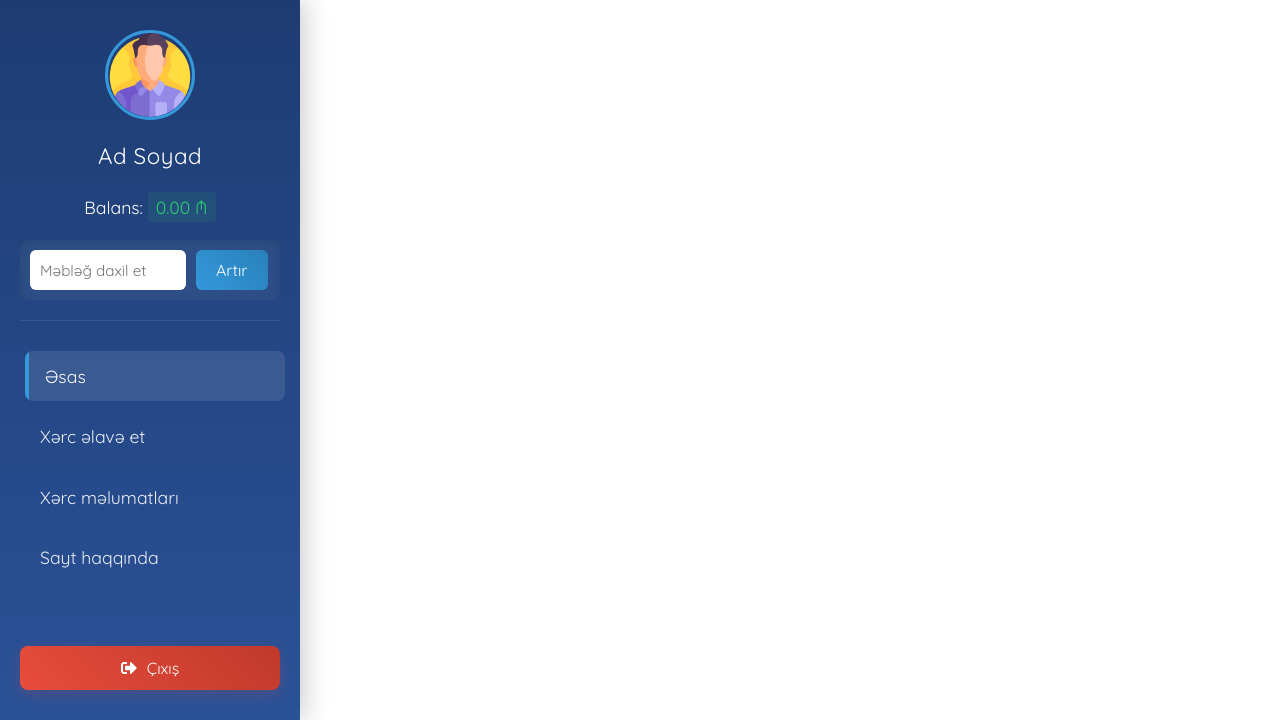
Repository: ferhadsultan98/financialmanagement
Page: /
An editor plug-in stored every save of this project. The page is shown before and after a run of saves, followed by the edit.
The browser window is 1280 px wide. The pictures show the whole page.
The project was rebuilt for these pictures with package versions that can differ from the ones it lists, and the page was loaded fresh each time. Also part of the build but not shown: vite.config.js, src/Components/Sidebar/ProfileModal.jsx, src/Pages/AddExpense/AddExpense.jsx, src/Pages/ExpenseDetails/ExpenseDetails.jsx, src/Pages/About/About.jsx, src/Styles/Login.scss, src/Components/Login/Login.jsx.

Above is the page before, as saved 2025-03-24 01:24:53.

After the next 2 saves:
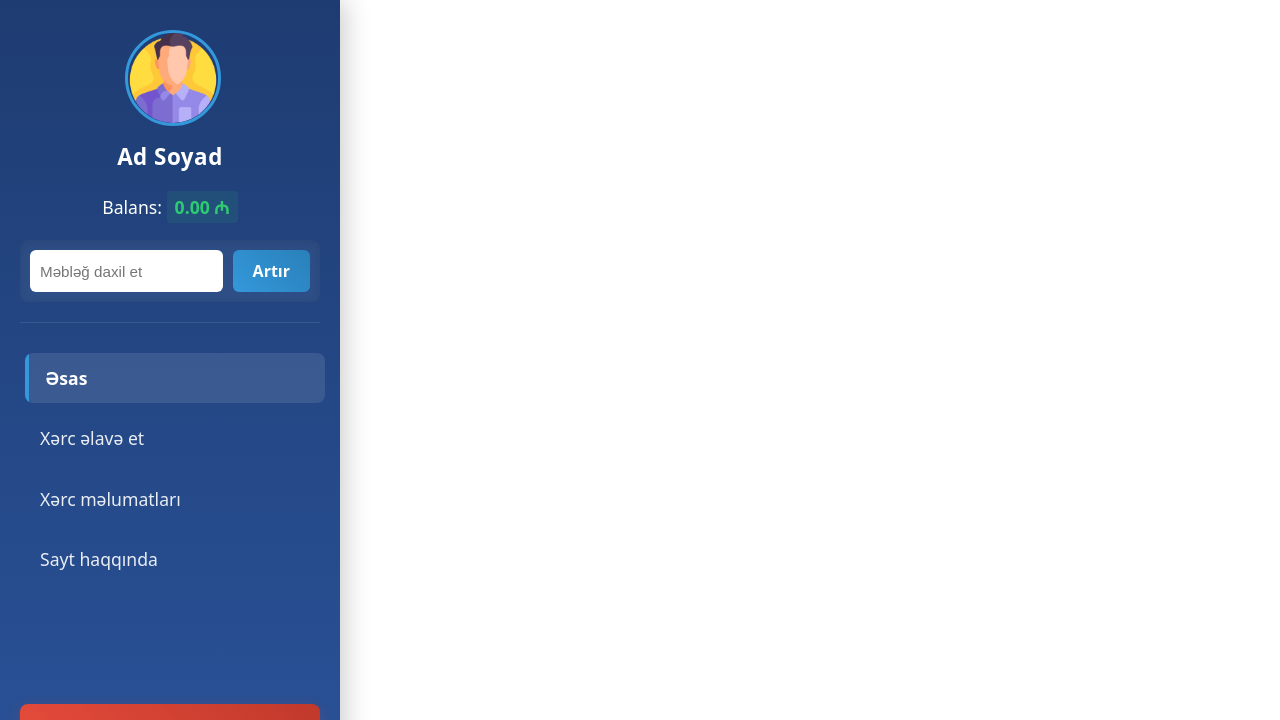
The 2 saves are shown as one change because 1 did not build or start.
The last was saved 50 s later.
--- a/src/App.scss
+++ b/src/App.scss
@@ -1,8 +1,5 @@
-@import './assets/Fonts/fonts.scss';
 
 *{
     margin: 0;
     padding: 0;
-    box-sizing: border-box;
-    font-family: $font-family-regular, sans-serif;
 }
